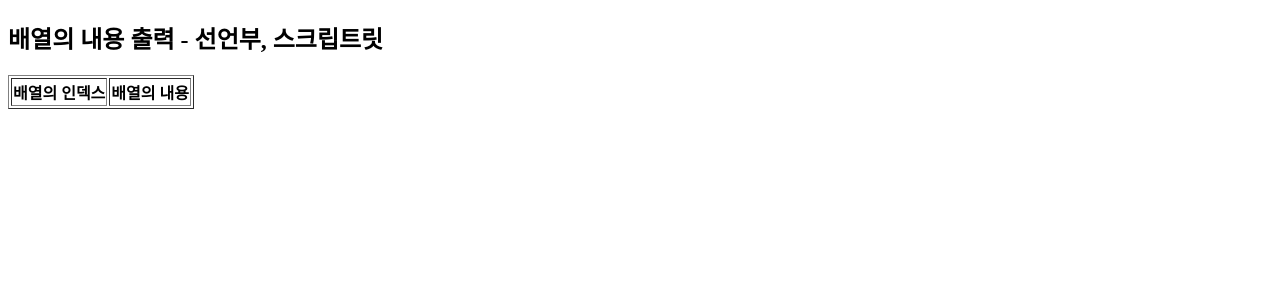
Repository: coolSummer1119/study
Page: http://localhost/ch03_Jsp/ch02_script/s01_script.jsp
These files come from the project's save history. The page is drawn as it stood at one moment and after the next save; the edit follows.
The browser window is 1280 px wide. The pictures show the whole page.
The page is served by Tomcat 9.

Above is the page before, as saved 2024-04-22 07:25:29.

After the next save:
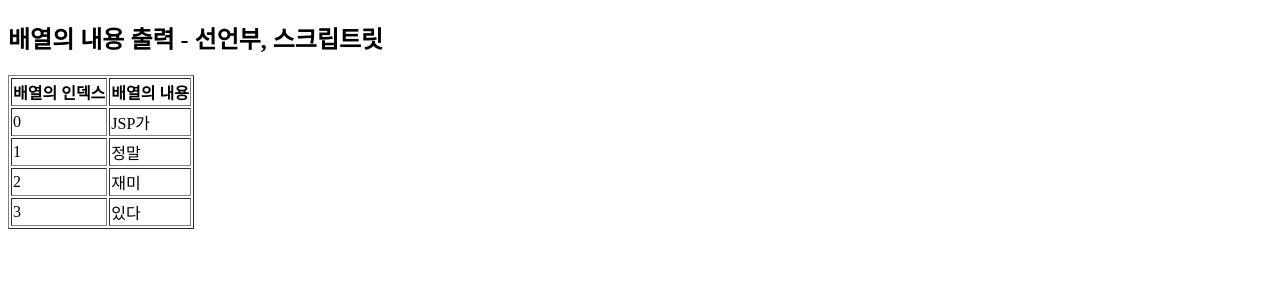
Saved 2 min 21 s later.
--- a/workspace/ch03_Jsp/src/main/webapp/ch02_script/s01_script.jsp
+++ b/workspace/ch03_Jsp/src/main/webapp/ch02_script/s01_script.jsp
@@ -17,6 +17,15 @@
 		<th>배열의 인덱스</th>
 		<th>배열의 내용</th>
 	</tr>
+<%
+	//스크립트릿 : 변수 선언, 연산, 제어문, 출력
+	for(int i=0;i<str.length;i++){
+		out.println("<tr>");
+		out.println("<td>" + i + "</td>");
+		out.println("<td>" + str[i] + "</td>");
+		out.println("</tr>");
+	}
+%>
 </table>
 </body>
 </html>
